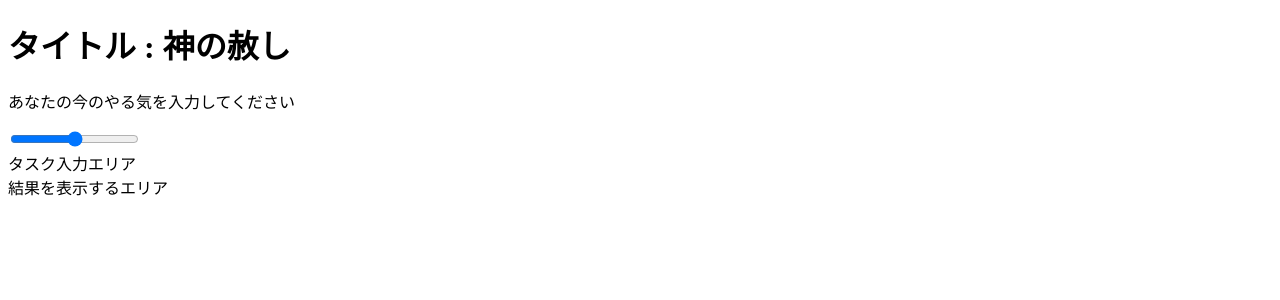
Repository: masa0306/god_forgiveness
Page: index.html
An editor plug-in stored every save of this project. The page is shown before and after a run of saves, followed by the edit.
The browser window is 1280 px wide. The pictures show the whole page.

Above is the page before, as saved 2024-05-14 22:42:44.

### index.html
<!DOCTYPE html>
<html lang="en">
<head>
    <meta charset="UTF-8">
    <meta name="viewport" content="width=device-width, initial-scale=1.0">
    <title>Document</title>
</head>
<body>
<!-- タイトルトップ -->
<!-- 神の許しを請うボタンを設置し、それを押すと始まるイメージ -->
    <div><h1>タイトル : 神の赦し</h1></div>
    <!-- やる気を入力するエリア -->
    <div>
        <p>あなたの今のやる気を入力してください</p>
        <input type="range" name="motivation" min="0" max="99">

    </div>


    <div>タスク入力エリア</div>

    <div>結果を表示するエリア</div>
    <script src="https://ajax.googleapis.com/ajax/libs/jquery/3.7.0/jquery.min.js"></script>
    <script src="/js/script.js"></script>

</body>
</html>

Loaded but not shown: js/script.js (no copy from this time; the picture is the same without it)

After the next 5 saves:
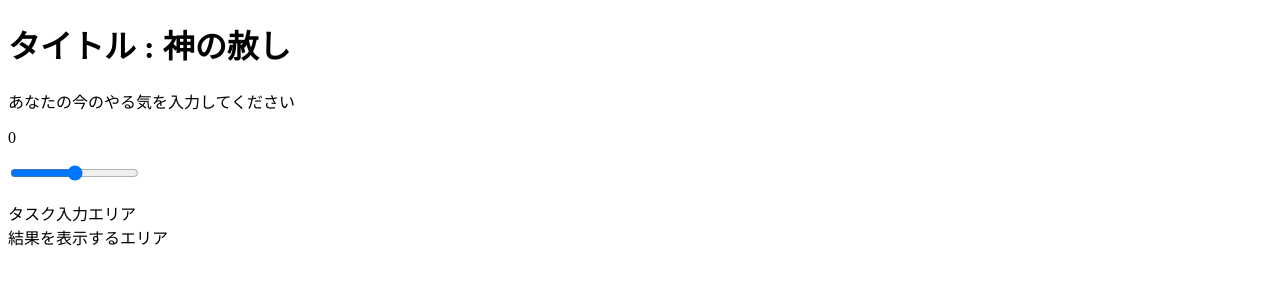
The 5 saves are shown as one change because they came seconds apart.
The last was saved 18 s later.
--- a/index.html
+++ b/index.html
@@ -12,7 +12,9 @@
     <!-- やる気を入力するエリア -->
     <div>
         <p>あなたの今のやる気を入力してください</p>
+        <p>0</p>
         <input type="range" name="motivation" min="0" max="99">
+        <p></p>
 
     </div>
 
